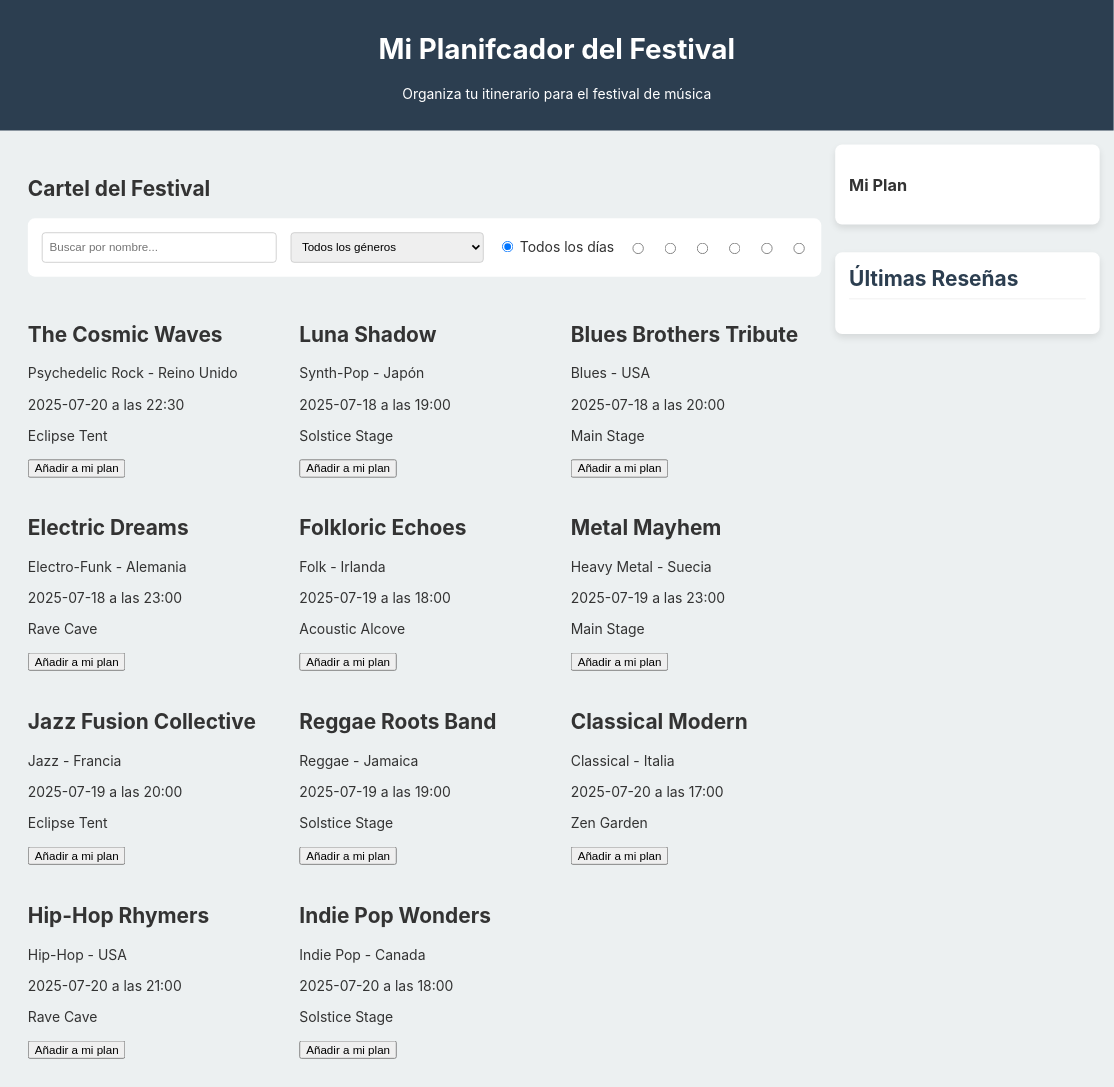
Repository: covaa15/DWEC
Page: Examen12_12_2025/index.html
These files come from the project's save history. The page is drawn as it stood at one moment and after the next save; the edit follows.
The browser window is 1280 px wide. The pictures show the whole page, at 87% of full size.

Above is the page before, as saved 2025-12-12 12:53:00.

After the next save:
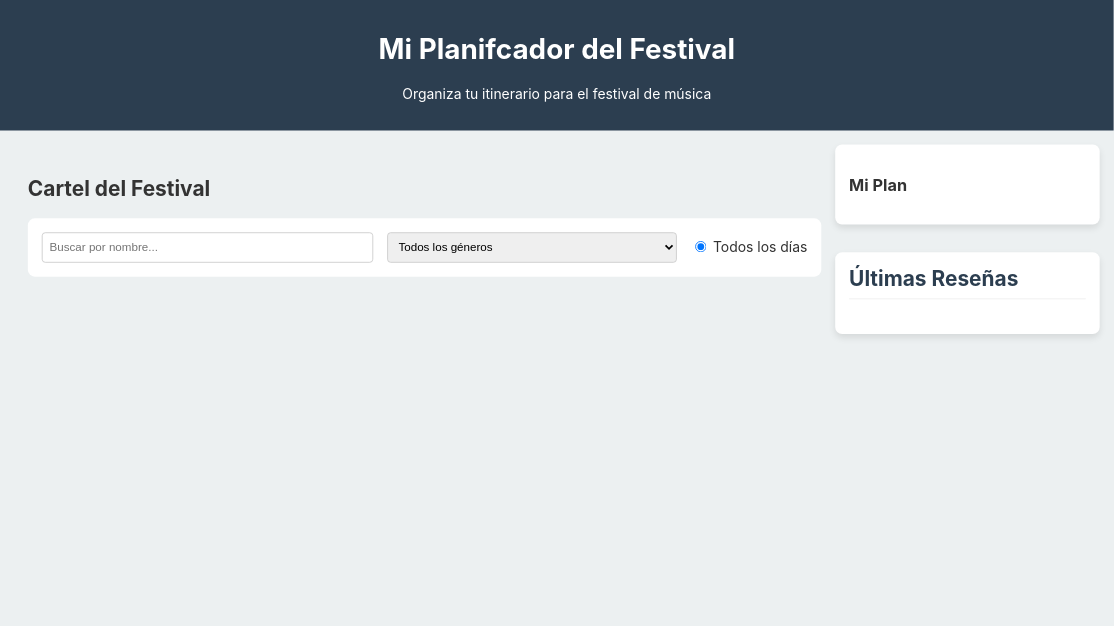
Saved 32 s later.
--- a/Examen12_12_2025/js/main.js
+++ b/Examen12_12_2025/js/main.js
@@ -108,7 +108,7 @@ function cargarDias() {
     horarios.forEach(horario => {
 
 
-        if (!dias.includes(horario.dia)) {
+        if (!dias.contains(horario.dia)) {
             dias.push(horario.dia);
             let opcion = document.createElement('input');
             opcion.type = 'radio';
